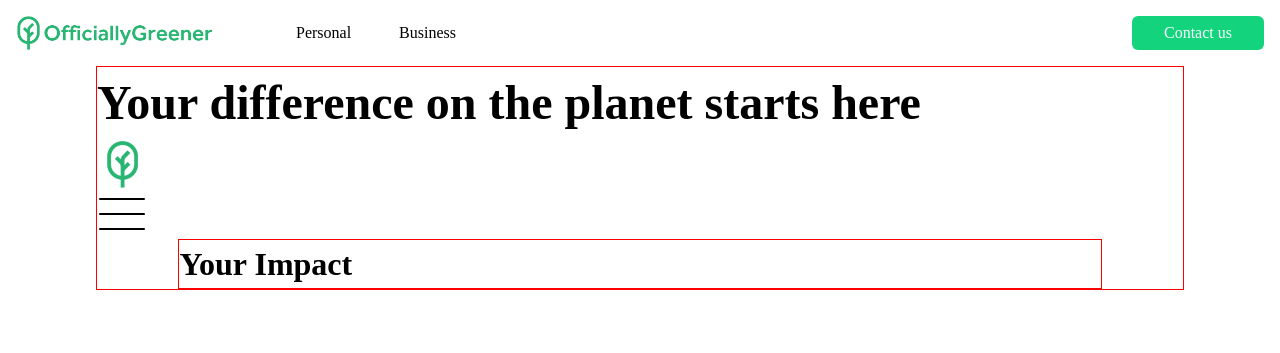
Repository: Sinkycode/Officially-Greener
Page: index.html
The author's editor kept a copy of each file at every save. The page is drawn from the files as they stood at one save, then again after the next save.
The browser window is 1280 px wide. The pictures show the whole page.

Above is the page before, as saved 2023-03-07 21:12:33.

After the next save:
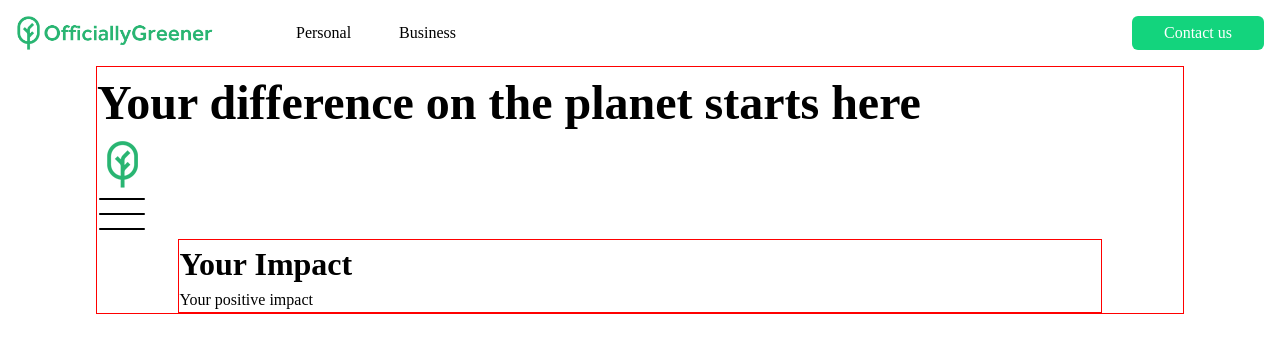
Saved 24 s later.
--- a/index.html
+++ b/index.html
@@ -29,6 +29,7 @@
           </div>
           <div class="container">
             <h1 class="mockup-big-txt">Your Impact</h1>
+            <p>Your positive impact</p>
           </div>
         </div>
         <div class="phone2">
